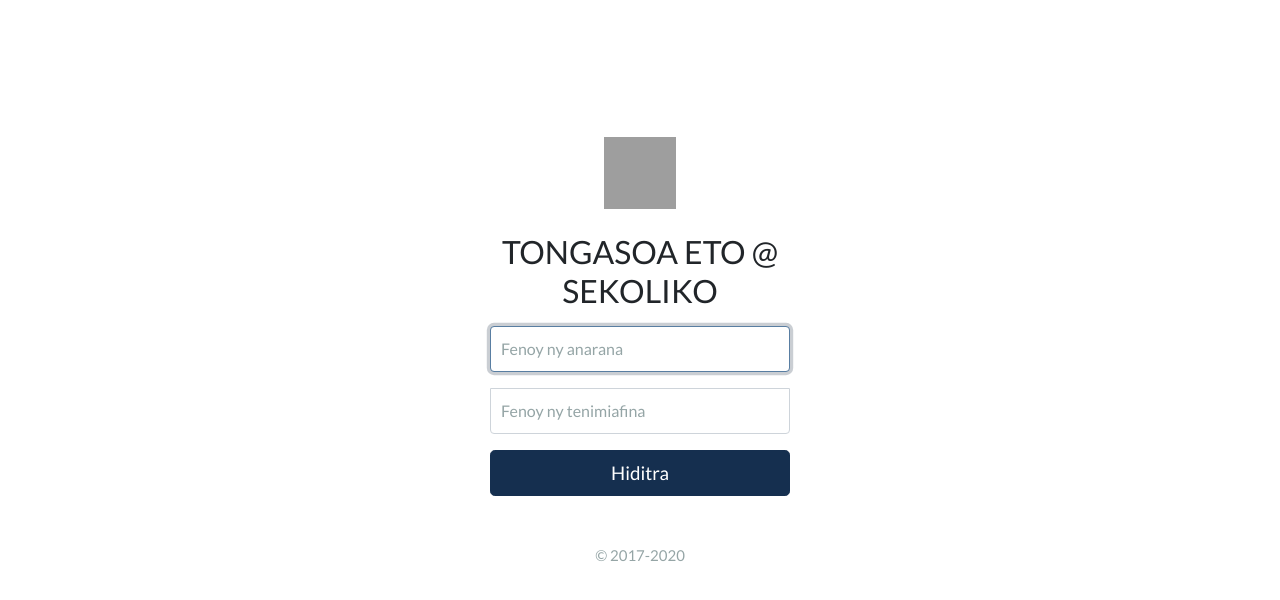
Repository: niainamahefa/j2ee-sekoliko
Page: http://localhost/Ecole/login
The author's editor kept a copy of each file at every save. The page is drawn from the files as they stood at one save, then again after the next save.
The browser window is 1280 px wide. The pictures show the whole page.
Pictures or frames that could not be fetched are drawn as grey boxes. The page is served by Tomcat 9.

Above is the page before, as saved 2021-02-03 18:33:54.

After the next save:
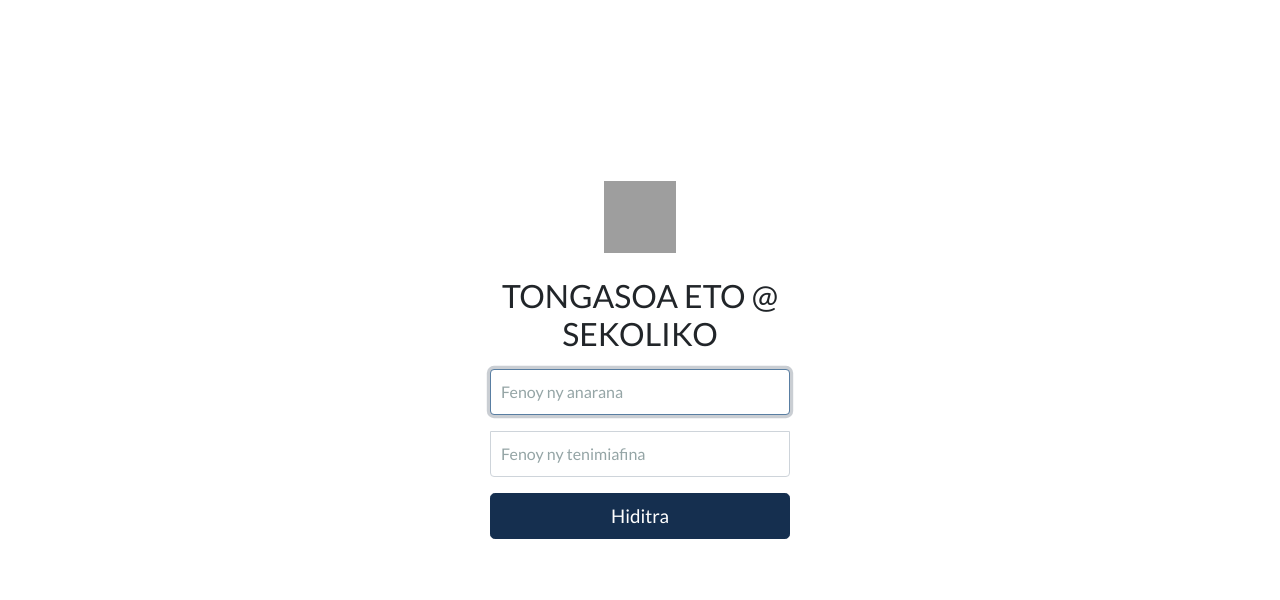
Saved 23 s later.
--- a/Ecole/WebContent/WEB-INF/login.jsp
+++ b/Ecole/WebContent/WEB-INF/login.jsp
@@ -44,7 +44,6 @@
 		  <div class="checkbox mb-3">
 		  </div>
 		  <button class="btn btn-lg btn-primary btn-block" type="submit">Hiditra</button>
-		  <p class="mt-5 mb-3 text-muted">&copy; 2017-2020</p>
 		</form>
 	</body>
 </html>
